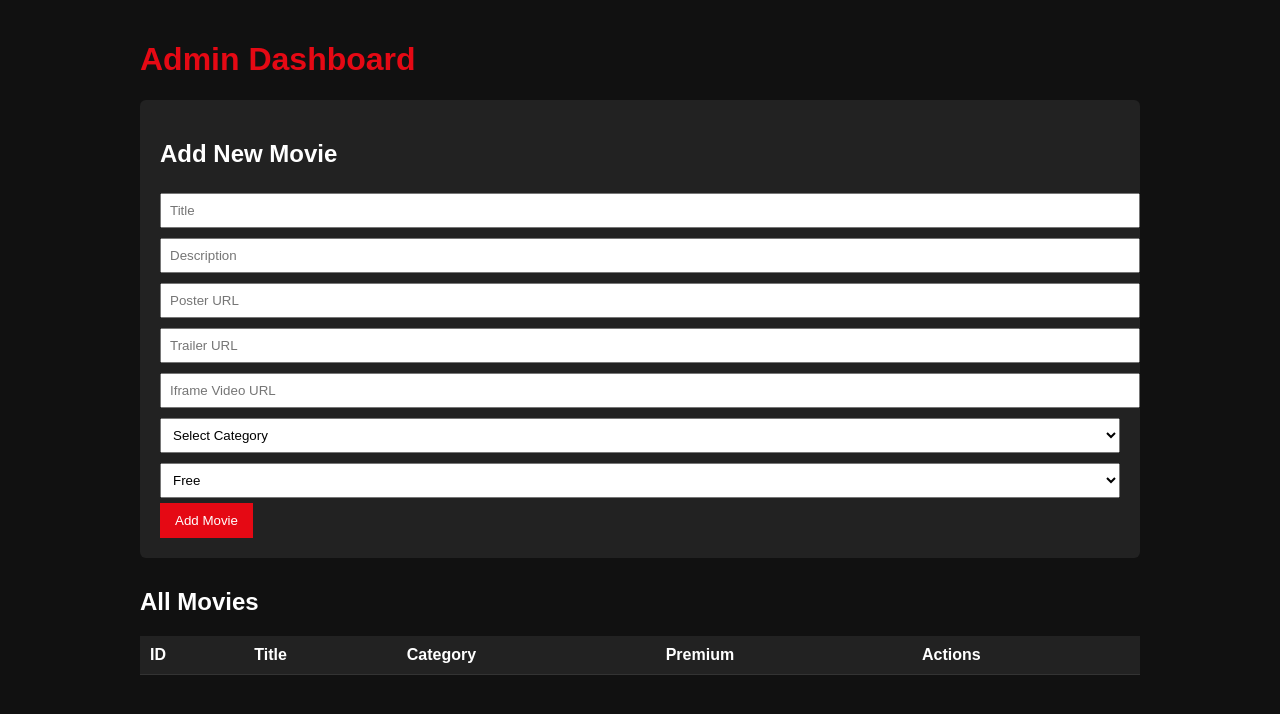
Repository: YogitaIngale/netflix-clone-java
Page: http://localhost/admin
These files come from the project's save history. The page is drawn as it stood at one moment and after the next save; the edit follows.
The browser window is 1280 px wide. The pictures show the whole page.
The page is this project's Thymeleaf template; nobody is signed in. The template is opened directly, without the code that normally fills it, so the values that code supplies are empty.

Above is the page before, as saved 2026-03-23 14:42:07.

After the next save:
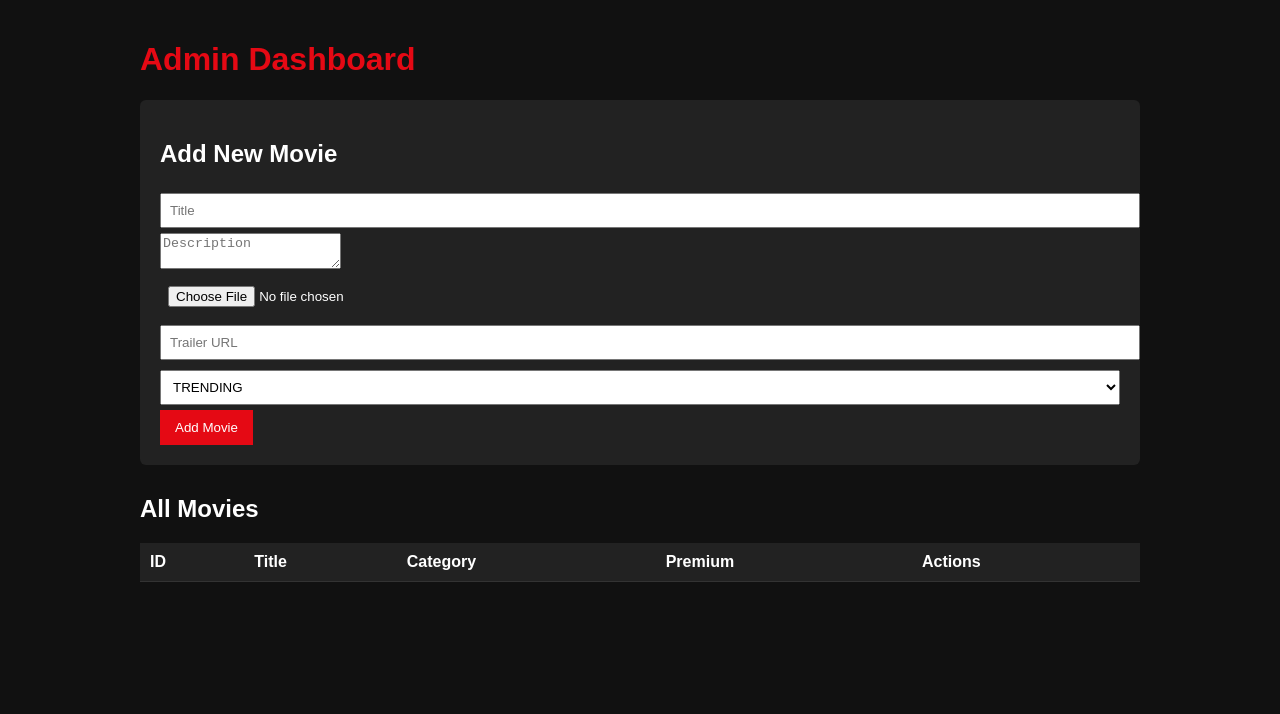
Saved 8 min 15 s later.
--- a/NetflixClone/src/main/resources/templates/admin.html
+++ b/NetflixClone/src/main/resources/templates/admin.html
@@ -23,23 +23,17 @@
 
     <div class="form-box">
         <h2>Add New Movie</h2>
-        <form action="/admin/add" method="post">
-            <input type="text" name="title" placeholder="Title" required>
-            <input type="text" name="description" placeholder="Description" required>
-            <input type="text" name="poster" placeholder="Poster URL" required>
-            <input type="text" name="trailer" placeholder="Trailer URL" required>
-            <input type="text" name="iframeLink" placeholder="Iframe Video URL">
-            <select name="category" required>
-                <option value="">Select Category</option>
-                <option value="TRENDING">Trending</option>
-                <option value="POPULAR">Popular</option>
-            </select>
-            <select name="isPremium">
-                <option value="false">Free</option>
-                <option value="true">Premium</option>
-            </select>
-            <button type="submit">Add Movie</button>
-        </form>
+        <form action="/admin/add" method="post" enctype="multipart/form-data">
+    <input type="text" name="title" placeholder="Title" required>
+    <textarea name="description" placeholder="Description"></textarea>
+    <input type="file" name="posterFile" required> <!-- new file input -->
+    <input type="text" name="trailer" placeholder="Trailer URL">
+    <select name="category">
+        <option value="TRENDING">TRENDING</option>
+        <option value="POPULAR">POPULAR</option>
+    </select>
+    <button type="submit">Add Movie</button>
+</form>
     </div>
 
     <h2>All Movies</h2>
